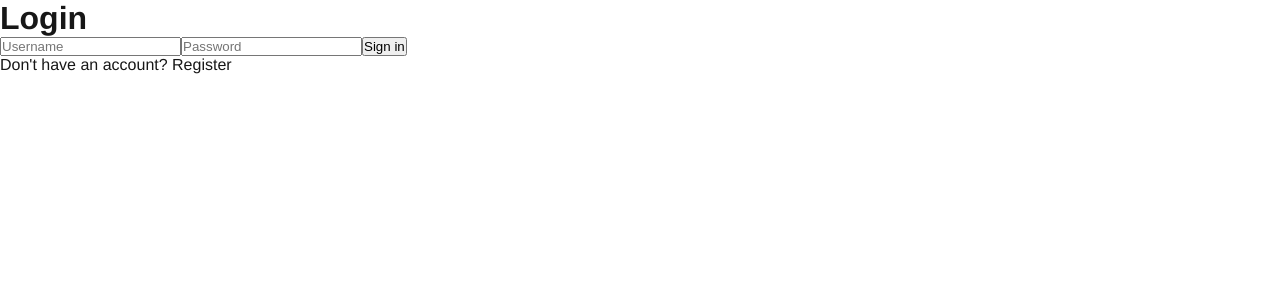
Repository: EricRobertCampbell/palaeo-fossil-classifier
Page: /login (app in palaeo-fossil-classifier/)
An editor plug-in stored every save of this project. The page is shown before and after the next save, followed by the edit.
The browser window is 1280 px wide. The pictures show the whole page.
The project was rebuilt for these pictures with package versions that can differ from the ones it lists, and the page was loaded fresh each time. The framework's server and built-in components were replaced by stand-ins that run in the browser. Also part of the build but not shown: palaeo-fossil-classifier/next.config.ts.

Above is the page before, as saved 2024-11-30 12:37:22.

### palaeo-fossil-classifier/app/login/page.tsx
import React from "react";
import styles from "./page.module.css";

export default function login() {
  return (
    <div>
      <h1>Login</h1>
      <div className={styles.login}>
        <div className={styles.form}>
          <input
            className={styles.input}
            type="text"
            placeholder="Username"
            name="un"
          />
          <input
            className={styles.input}
            type="password"
            placeholder="Password"
            name="pw"
          />
          <button className={styles.button}> Sign in </button>
          <a href="#">
            {" "}
            <p> Don't have an account? Register </p>
          </a>
        </div>
      </div>
    </div>
  );
}

### palaeo-fossil-classifier/app/globals.css
:root {
  --background: #ffffff;
  --foreground: #171717;
}

@media (prefers-color-scheme: dark) {
  :root {
    --background: #0a0a0a;
    --foreground: #ededed;
  }
}

html,
body {
  max-width: 100vw;
  overflow-x: hidden;
}

body {
  color: var(--foreground);
  background: var(--background);
  font-family: Helvetica;
  -webkit-font-smoothing: antialiased;
  -moz-osx-font-smoothing: grayscale;
}

* {
  box-sizing: border-box;
  padding: 0;
  margin: 0;
}

a {
  color: inherit;
  text-decoration: none;
}

@media (prefers-color-scheme: dark) {
  html {
    color-scheme: dark;
  }
}

### palaeo-fossil-classifier/app/login/page.module.css
.login{
    display: grid;
    align-items: center;
}

.form{

}

.button{

}

Loaded but not shown: palaeo-fossil-classifier/app/layout.tsx (common file)

After the next save:
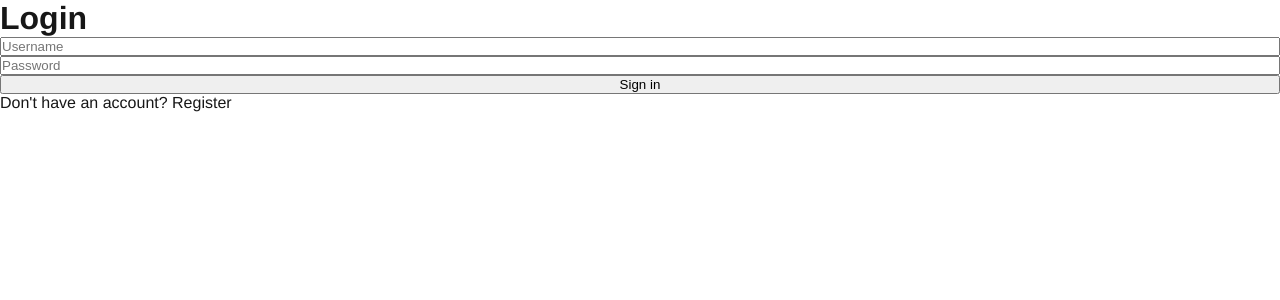
Saved 13 s later.
--- a/palaeo-fossil-classifier/app/login/page.module.css
+++ b/palaeo-fossil-classifier/app/login/page.module.css
@@ -1,10 +1,10 @@
 .login{
-    display: grid;
-    align-items: center;
+
 }
 
 .form{
-
+    display: grid;
+    align-items: center;
 }
 
 .button{
